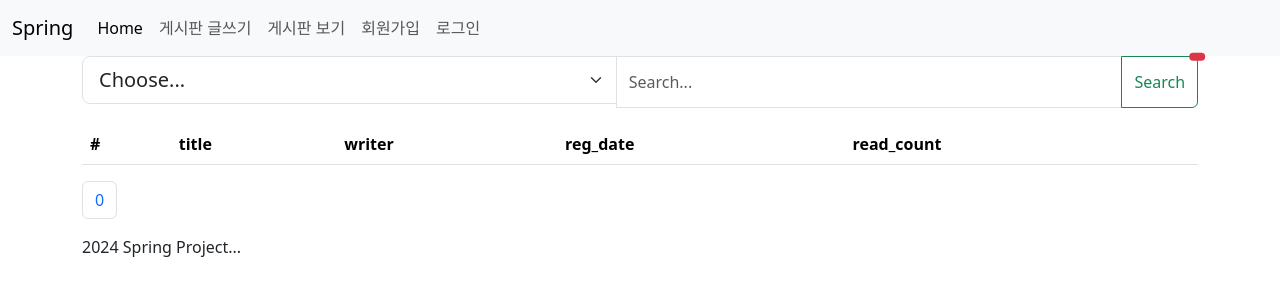
Repository: wanted2001/jsp_project
Page: http://localhost/spring_study/WEB-INF/views/board/list.jsp
The author's editor kept a copy of each file at every save. The page is drawn from the files as they stood at one save, then again after the next save.
The browser window is 1280 px wide. The pictures show the whole page.
The page is served by Tomcat 9. Nobody is signed in. The template is opened directly, without the code that normally fills it, so the values that code supplies are empty.

Above is the page before, as saved 2024-04-30 02:03:29.

After the next save:
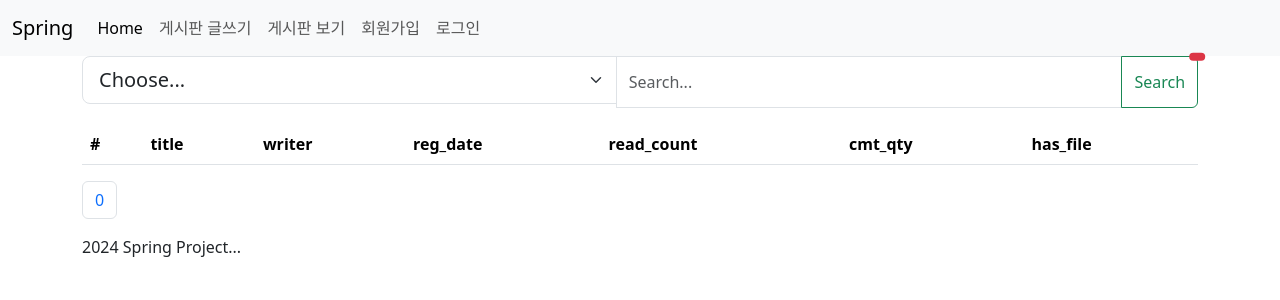
Saved 4 min 16 s later.
--- a/spring_study/src/main/webapp/WEB-INF/views/board/list.jsp
+++ b/spring_study/src/main/webapp/WEB-INF/views/board/list.jsp
@@ -37,6 +37,8 @@
 				<th>writer</th>
 				<th>reg_date</th>
 				<th>read_count</th>
+				<th>cmt_qty</th>
+				<th>has_file</th>
 			</tr>
 		</thead>
 		<tbody>
